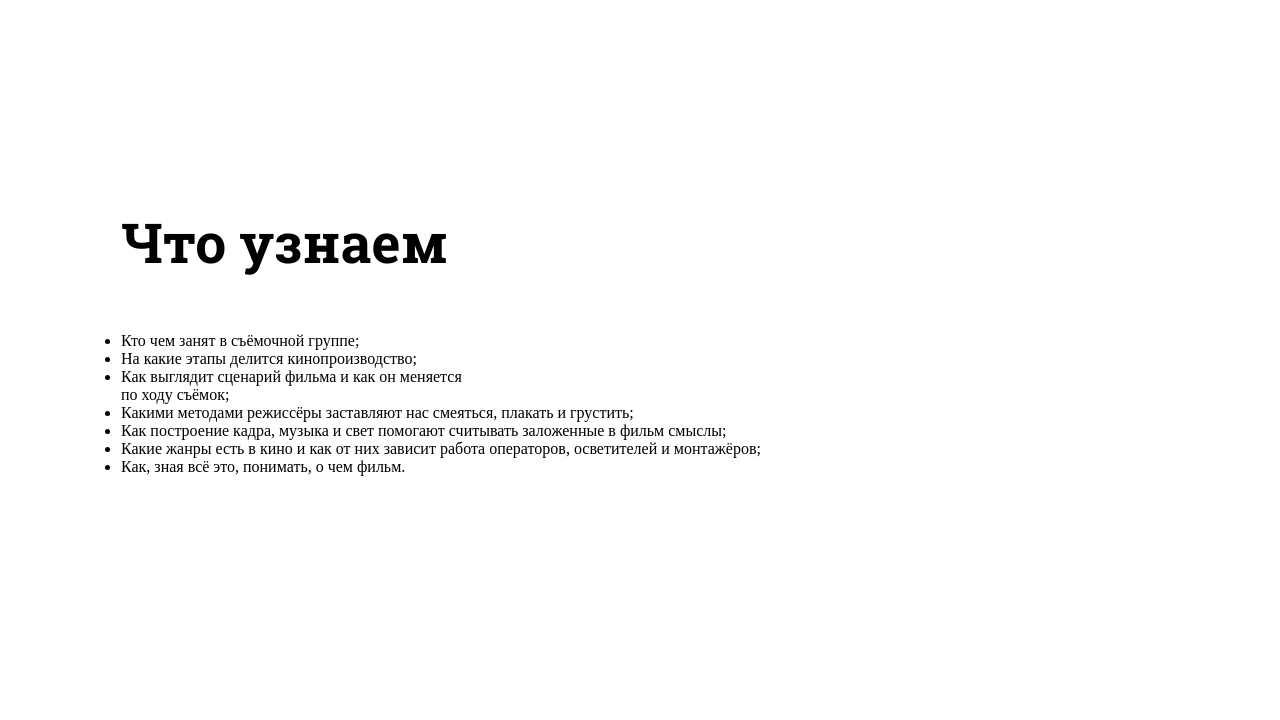
Repository: AytacSafarova/Figma--task
Page: index.html
The author's editor kept a copy of each file at every save. The page is drawn from the files as they stood at one save, then again after a run of saves.
The browser window is 1280 px wide. The pictures show the whole page.

Above is the page before, as saved 2023-08-02 13:56:12.
Console error: ReferenceError: camelcase is not defined

### index.html
<!DOCTYPE html>
<html lang="en">

<head>
    <meta charset="UTF-8">
    <meta name="viewport" content="width=device-width, initial-scale=1.0">
    <title>Document</title>
    <link rel="stylesheet" href="./index.css">
</head>

<body>
    <div class="container">
        <h1>Что узнаем</h1>
        <ul>
            <li>Кто чем занят в съёмочной группе;</li>
            <li> На какие этапы делится кинопроизводство;</li>
            <li> Как выглядит сценарий фильма и как он меняется <br> по ходу съёмок; </li>
            <li> Какими методами режиссёры заставляют нас смеяться, плакать и грустить;</li>
            <li>Как построение кадра, музыка и свет помогают считывать заложенные в фильм смыслы;</li>
            <li>Какие жанры есть в кино и как от них зависит работа операторов, осветителей и монтажёров;</li>
            <li>Как, зная всё это, понимать, о чем фильм.</li>
        </ul>
    </div>
</body>
<script src="index.js"></script>

</html>

### index.css
@import url('https://fonts.googleapis.com/css2?family=Roboto+Slab:wght@700&display=swap');
* {
  margin: 0;
  padding: 0;
  box-sizing: border-box;
}
.container {
  padding: 214px 0 231px 121px;
}
.container h1 {
  color: #000;
  font-family: Roboto Slab;
  font-size: 55px;
  font-style: normal;
  font-weight: 700;
  line-height: 101.385%;
}
.container ul{
    margin-top: 62px;
}

### index.js
let a=4
a=a+2
a+=2
let userName
camelcase
// kebab case

After the next 2 saves:
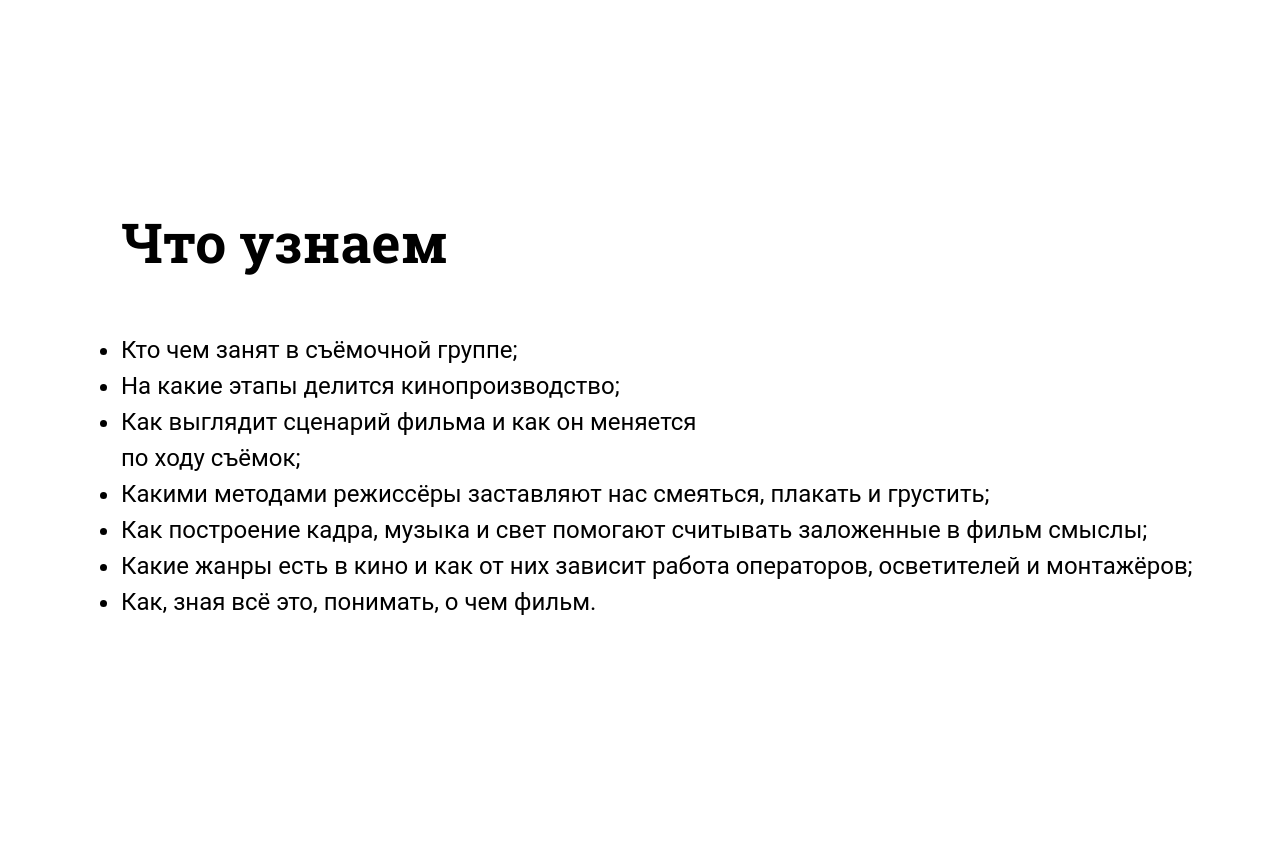
The 2 saves are shown as one change because they came seconds apart.
The last was saved 35 s later.
--- a/index.css
+++ b/index.css
@@ -18,3 +18,11 @@
 .container ul{
     margin-top: 62px;
 }
+.container ul li{
+    color: #000;
+font-family: Roboto;
+font-size: 24px;
+font-style: normal;
+font-weight: 400;
+line-height: 150%;
+}
